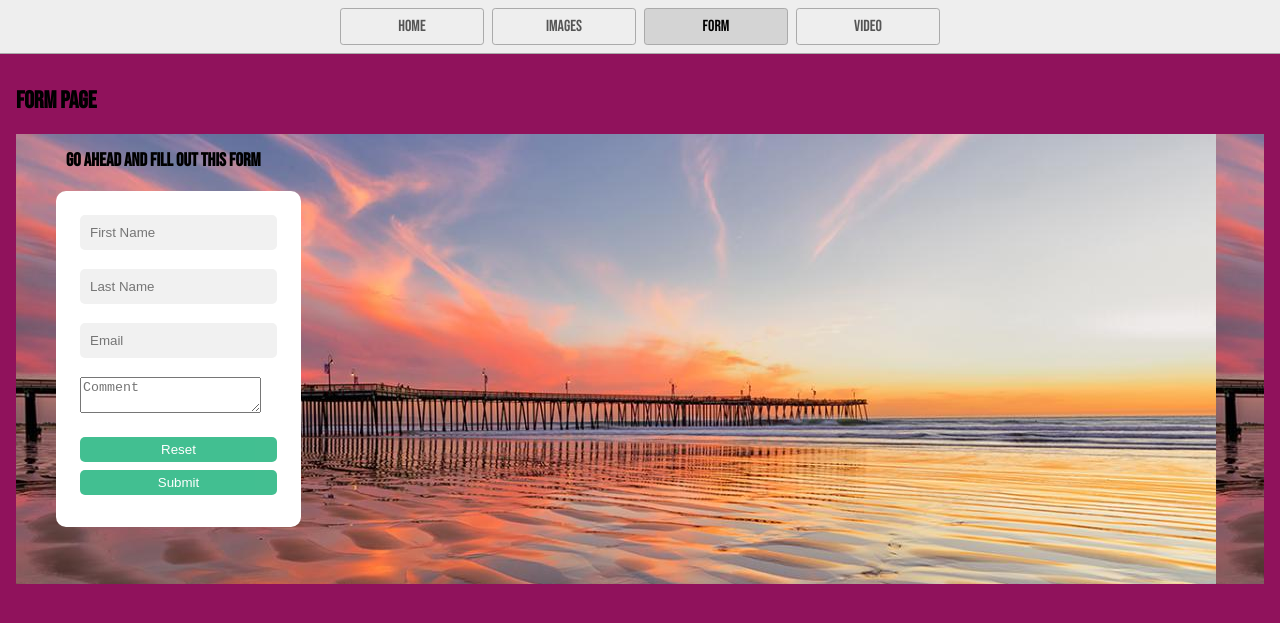
Repository: sebas6292/palmTree-Final
Page: Form.html
An editor plug-in stored every save of this project. The page is shown before and after the next save, followed by the edit.
The browser window is 1280 px wide. The pictures show the whole page.

Above is the page before, as saved 2023-05-28 13:25:22.

### Form.html
<!DOCTYPE html>
<html lang="en">
  <head>
    <title>Home</title>
    <meta charset="UTF-8" />
    <meta name="viewport" content="width=device-width" />

    <link rel="preconnect" href="https://fonts.googleapis.com">
    <link rel="preconnect" href="https://fonts.gstatic.com" crossorigin>
    <link href="https://fonts.googleapis.com/css2?family=Bebas+Neue&display=swap" rel="stylesheet">
    <link rel="stylesheet" href="styles.css" />

  </head>
  <body>
    <nav>
      <a href="/Home.html">Home</a>
      <a href="/Images.html">Images</a>
      <a href="/Form.html" aria-current="page">Form</a>
      <a href="/Video.html">Video</a>
    </nav>
    <main>
      <h1>Form page</h1>
      <div class="bg-img">
      <h3 class="form-title">Go ahead and fill out this form</h3>
      <form action="/Home.html" target="_blank" class="form-container">

        <input type="text" id="fname" name="fname" placeholder="First Name"><br>
        <br>
        <input type="text" id="lname" name="lname" placeholder="Last Name" ><br>
        <br>
        <input type="text" id="email" name="email" placeholder="Email"><br>
        <br>

        <textarea id="comment" placeholder='Comment' name="comment" ></textarea>
        <br>
        <br>
        <input class="btn" type="reset" value="Reset">
        <input class="btn" type="submit" value="Submit">
      </form>
    </div>
    </main>
  </body>
</html>

### styles.css
* {
    box-sizing: border-box;
  }

  body {
    margin: 0;
    font-family: 'Bebas Neue', sans-serif;
    color: black;
    background-color: white;
  }
  @keyframes body {
    0%   {background-color: white;}
    25%  {background-color: brown}
    50%  {background-color: purple;}
    100% {background-color: black;}
  }
  body {
    background-color: white;
    animation-name: body;
    animation-duration: 15s;
  }

  nav {
    display: flex;
    flex-wrap: wrap;
    align-items: center;
    justify-content: center;
    padding: 0.5rem;
    gap: 0.5rem;
    border-bottom: solid 1px #aaa;
    background-color: #eee;
  }

  nav a {
    display: inline-block;
    min-width: 9rem;
    padding: 0.5rem;
    border-radius: 0.2rem;
    border: solid 1px #aaa;
    text-align: center;
    text-decoration: none;
    color: #555;
  }

  nav a[aria-current='page'] {
    color: #000;
    background-color: #d4d4d4;
  }

  main {
    padding: 1rem;
  }

  h1 {
    font-weight: bold;
    font-size: 1.5rem;
  }
  .form-title {
    /* margin: 10px 0 0 50px; */
    margin-left: 50px;
    padding-top: 15px;
  }

  .bg-img {
    background-image: url('/Assets/pier2.jpeg');
    height: 450px;
  }

  .form-container {
    position: absolute;
    margin: 0 0 0 40px;
    max-width: 400px;
    padding: 24px;
    background-color: white;
    border-radius: 10px;
  }
  input[type=text], input[type=password], input[id=comment] {
    width: 100%;
    padding: 10px;
    /* margin: 5px 0 22px 0; */
    border: none;
    background: #f1f1f1;
    border-radius: 5px;
  }
  .btn {
    background-color: #04AA6D;
    color: white;
    margin-bottom: .5rem ;
    padding: 5px 0 5px 0;
    border: none;
    cursor: pointer;
    border-radius: 5px;
    width: 100%;
    opacity: 0.75;
  }

  .btn:hover {
    opacity: 1;
  }

After the next save:
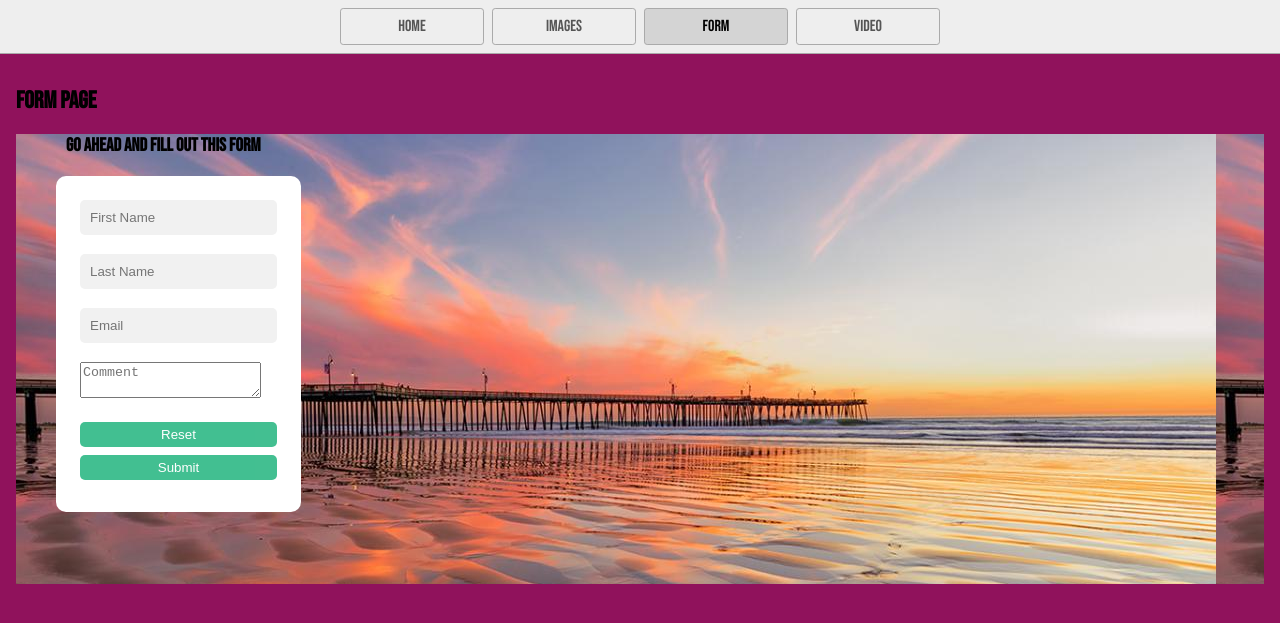
Saved 15 s later.
--- a/styles.css
+++ b/styles.css
@@ -58,6 +58,7 @@
   .form-title {
     /* margin: 10px 0 0 50px; */
     margin-left: 50px;
+    color: whitesmoke
     padding-top: 15px;
   }
 
